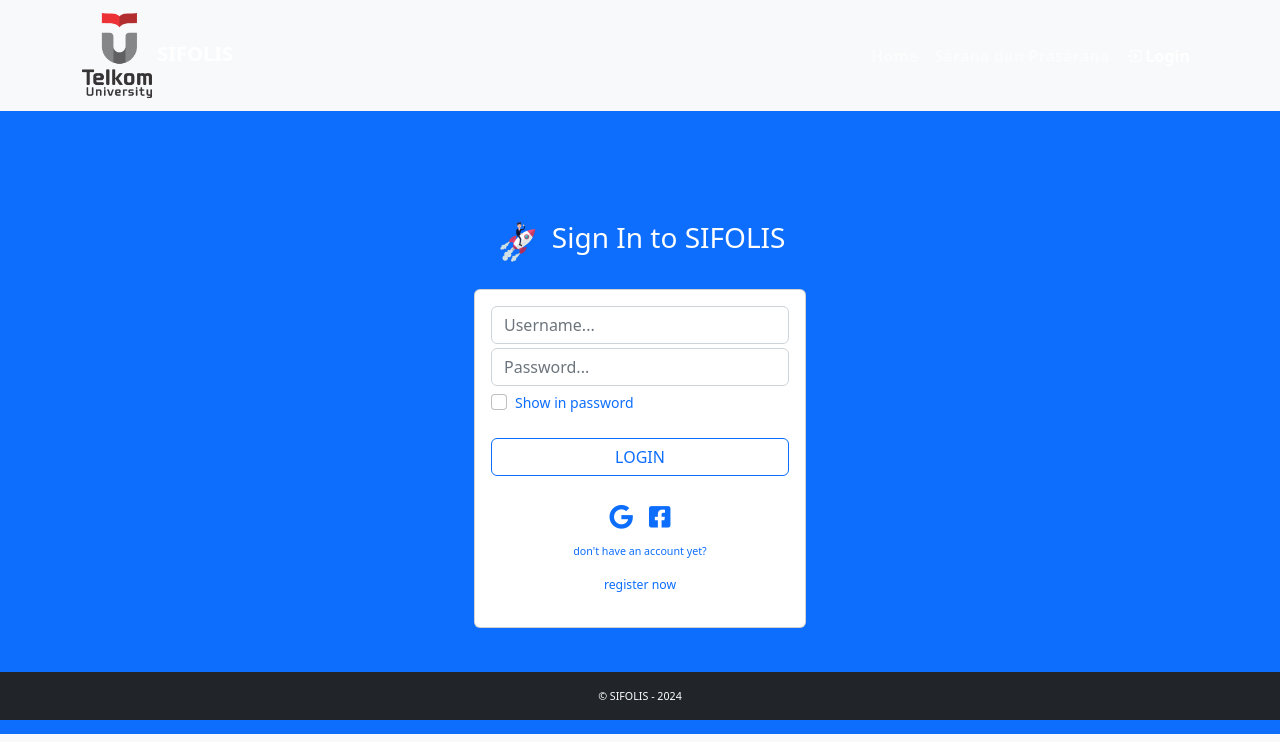
Repository: Audi87/uas_framework
Page: http://localhost/login
The author's editor kept a copy of each file at every save. The page is drawn from the files as they stood at one save, then again after the next save.
The browser window is 1280 px wide. The pictures show the whole page.
Some web libraries are served in a nearby version. The page is served by the project's Laravel application, run on PHP 8.4 with Laravel 10. Other server files are loaded and not shown.

Above is the page before, as saved 2024-06-13 20:30:09.

### routes/web.php
<?php

use App\Http\Controllers\{
    BarangController, ContactController, CustumerController, DataPeminjamanController, HistoryController,
    Home, LoginController, PeminjamanController, ProfilController, RegistrasiController,
    SaranaDanPrasaranaController, AdminController
};
use Illuminate\Support\Facades\Route;


Route::get('/', [Home::class, 'index'])->middleware('auth');

Route::get('/login', [LoginController::class, 'index'])->name('login')->middleware('guest');
Route::post('/login', [LoginController::class, 'login']);
Route::post('/logout', [LoginController::class, 'logout']);

Route::get('/registrasi', [RegistrasiController::class, 'index'])->middleware('guest');
Route::post('/registrasi', [RegistrasiController::class, 'registrasi']);

Route::get('/dashboard', function() {
    return view('dashboard.index', ['title' => 'Dashboard Admin']);
})->middleware('admin');

Route::get('/profil/{user:id}', [ProfilController::class, 'index'])->middleware('auth');

Route::get('/sarana dan prasarana', [SaranaDanPrasaranaController::class, 'index'])->middleware('auth');
Route::resource('/sarana-prasarana', BarangController::class)->middleware('admin');

Route::get('/peminjaman/{barang:id}', [PeminjamanController::class, 'index'])->middleware('auth');
Route::post('/peminjaman/{barang:id}', [PeminjamanController::class, 'peminjaman'])->middleware('auth');

Route::get('/history/{user:id}', [HistoryController::class, 'index'])->middleware('auth');

Route::get('/kembalikan/{id}', [PeminjamanController::class, 'kembalikan'])->middleware('auth');
Route::get('/detail-peminjaman/{id}', [PeminjamanController::class, 'detailPeminjaman'])->middleware('auth');

Route::get('/category/{id}', [SaranaDanPrasaranaController::class, 'category'])->middleware('auth');

Route::get('/custumer', [CustumerController::class, 'index'])->middleware('admin');
Route::get('/custumer/{user:id}', [CustumerController::class, 'detail'])->middleware('admin');

Route::get('/data-peminjaman', [DataPeminjamanController::class, 'index'])->middleware('admin');
Route::get('/data-peminjaman/{id}', [DataPeminjamanController::class, 'detail'])->middleware('admin');

Route::get('/contact', [ContactController::class, 'index'])->middleware('auth');

### app/Http/Controllers/LoginController.php
<?php

namespace App\Http\Controllers;

use Illuminate\Support\Facades\Auth;
use Illuminate\Http\Request;

class LoginController extends Controller
{
    // Function untuk menampilkan view login
    public function index(){
        return view('login.login', [
            'title' => 'Login'
        ]);
    }

    // Function untuk proses login
    public function login(Request $request)
    {
        $validateData = $request->validate([
            'username' => ['required'],
            'password' => ['required']
        ]);

        if(Auth::attempt($validateData)){
            $request->session()->regenerate();
            return redirect()->intended('/')->with('success', 'Login successful!');
        }else{
            return redirect('/login')->with('error', 'Wrong username or password');
        }
    }

    // Function untuk proses logout
    public function logout(Request $request)
    {
        Auth::logout();

        $request->session()->invalidate();

        $request->session()->regenerateToken();

        return redirect('/login')->with('success', 'Logout successfully');
    }
}

### resources/views/login/login.blade.php
@extends('layouts.main')

@section('content')
<div class="p-3 mb-2 bg-primary text-white">
    <div class="container-fluid">
        <div class="container" style="height: 72vh">
            <br>
            <div class="row mt-5 text-center mb-5">
                {{-- Alert --}}
                <div class="col-lg-4 offset-lg-4 mb-3">
                    @if(session()->has('success'))
                    <div class="alert alert-primary" role="alert">
                        <strong><small>{{ session('success') }}</small></strong>
                    </div>
                    @endif
                </div>
                {{-- End alert --}}
                <div class="col-lg-4 offset-lg-4">
                    <h3><img src="img/pngwing.com (7).png" width="50" alt="" data-aos="flip-left" data-aos-duration="2000"> Sign In to SIFOLIS </h3>
                </div>
                <div class="col-lg-4 offset-lg-4 col-10 offset-1 mt-3">
                    {{-- Form Login --}}
                    <div class="container">
                        <div class="card">
                            <div class="card-body">
                                <form action="/login" method="post">
                                    @csrf
                                    <div class="mb-1">
                                        <input type="text" id="username" name="username" placeholder="Username..." value="{{ old('username') }}" class="form-control @error('username') is-invalid @enderror">
                                        @error('username')
                                        <div class="invalid-feedback">
                                            {{ $message }}
                                        </div>
                                        @enderror
                                    </div>

                                    <div class="mb-1">
                                        <input type="password" id="password" name="password" placeholder="Password..." value="{{ old('password') }}" class="form-control @error('password') is-invalid @enderror">
                                        @error('password')
                                        <div class="invalid-feedback">
                                            {{ $message }}
                                        </div>
                                        @enderror
                                    </div>

                                    <div class="mb-2 text-start">
                                        <div class="form-check">
                                            <input class="form-check-input" type="checkbox" value="" id="flexCheckDefault">
                                            <label class="form-check-label" for="flexCheckDefault">
                                                <p class="text-primary"> <small>Show in password<small></p>
                                            </label>
                                        </div>
                                    </div>

                                    <div class="mb-4">
                                        <button class="btn btn-outline-primary w-100" type="submit">LOGIN</button>
                                    </div>
                                    <h3>
                                        <div class="sosmed d-flex justify-content-center gap-3">
                                            <a href="https://myaccount.google.com/?utm_source=sign_in_no_continue&pli=1"><i class="fa-brands fa-google fa-sm "></i></a>
                                            <a href="https://www.facebook.com/"><i class="fa-brands fa-square-facebook fa-sm"></i></a>
                                        </div>
                                    </h3>

                                    <div>
                                        <p class="text-primary"><small>don't have an account yet?</small></p>
                                        <p><a href="registrasi" class="text-decoration-none">register now</a></p>
                                    </div>
                                </form>
                            </div>
                        </div>
                        {{-- End Form --}}
                    </div>
                </div>

            </div>
        </div>
    </div>
    <br><br><br>


@if(session('error'))
<script>
    Swal.fire({
        title: 'Error!',
        text: "{{ session('error') }}",
        icon: 'error',
        confirmButtonText: 'Ok'
    });
</script>
@endif
<!-- End Sweet Alert -->

@endsection

### resources/views/layouts/main.blade.php
<!doctype html>
<html lang="en">
  <head>
    <meta charset="utf-8">
    <meta name="viewport" content="width=device-width, initial-scale=1">
    <title>{{ $title }}</title>

    <link rel="stylesheet" href="/css/stylee.css">

    {{-- Link Aos --}}
    <link rel="stylesheet" href="https://unpkg.com/aos@next/dist/aos.css" />

    {{-- Link Icons Bootstrap --}}
    <link rel="stylesheet" href="https://cdn.jsdelivr.net/npm/bootstrap-icons@1.9.1/font/bootstrap-icons.css">

    <link href="https://cdn.jsdelivr.net/npm/bootstrap@5.2.0/dist/css/bootstrap.min.css" rel="stylesheet" integrity="sha384-gH2yIJqKdNHPEq0n4Mqa/HGKIhSkIHeL5AyhkYV8i59U5AR6csBvApHHNl/vI1Bx" crossorigin="anonymous">
    <link href="https://fonts.googleapis.com/css2?family=Poppins:wght@400;500;600&display=swap" rel="stylesheet">
    <link rel="stylesheet" href="https://cdnjs.cloudflare.com/ajax/libs/font-awesome/6.4.0/css/all.min.css"
        integrity="sha512-iecdLmaskl7CVkqkXNQ/ZH/XLlvWZOJyj7Yy7tcenmpD1ypASozpmT/E0iPtmFIB46ZmdtAc9eNBvH0H/ZpiBw=="
        crossorigin="anonymous" referrerpolicy="no-referrer" />
  </head>
  <body class="bg-light">

    {{-- Include navbar --}}
    @include('navbar.navbar')

    {{-- Content --}}
    @yield('content')
    {{-- End Content --}}

    {{-- Include Footer --}}
    @include('footer.footer')

    <script src="https://cdn.jsdelivr.net/npm/bootstrap@5.2.0/dist/js/bootstrap.bundle.min.js" integrity="sha384-A3rJD856KowSb7dwlZdYEkO39Gagi7vIsF0jrRAoQmDKKtQBHUuLZ9AsSv4jD4Xa" crossorigin="anonymous"></script>

    <script src="https://unpkg.com/aos@next/dist/aos.js"></script>
    <script>
      AOS.init();
    </script>

    {{-- Js Jquery --}}
    <script src="/js/jquery.js"></script>

    {{-- Script js --}}
    <script src="/js/script.js"></script>

  </body>
</html>

### resources/views/navbar/navbar.blade.php
{{-- Navbar --}}
<nav class="navbar navbar-expand-lg bg-LIGHT navbar-dark">
    <div class="container">
        <a class="navbar-brand" href="/"><img src="img/logo.png" width="70" alt="" data-aos="flip-left"
                data-aos-duration="2000"> SIFOLIS </a>
        <button class="navbar-toggler" type="button" data-bs-toggle="collapse" data-bs-target="#navbarNav"
            aria-controls="navbarNav" aria-expanded="false" aria-label="Toggle navigation">
            <span class="navbar-toggler-icon"></span>
        </button>
        <div class="collapse navbar-collapse" id="navbarNav">
            <ul class="navbar-nav ms-auto">
                <li class="nav-item">
                    <a class="nav-link {{ Request::is('/') ? 'active' : '' }}" aria-current="page"
                        href="/">Home</a>
                </li>
                <li class="nav-item">
                    <a class="nav-link {{ Request::is('sarana dan prasarana') ? 'active' : '' }}" aria-current="page"
                        href="/sarana dan prasarana">Sarana dan Prasarana</a>
                </li>

                @auth
                    <li class="nav-item dropdown">
                        <a class="nav-link dropdown-toggle" href="#" role="button" data-bs-toggle="dropdown"
                            aria-expanded="false">
                            <i class="bi bi-person-lines-fill"></i> Welcome, {{ auth()->user()->username }}
                        </a>
                        <ul class="dropdown-menu">
                            @can('admin')
                                <li><a class="dropdown-item" href="/dashboard">Dashboard Admin</a></li>
                            @endcan
                            <li><a class="dropdown-item" href="/history/{{ auth()->user()->id }}">Peminjaman</a></li>
                            <li><a class="dropdown-item" href="/contact">Contact Us</a></li>
                            <li><a class="dropdown-item" href="/profil/{{ auth()->user()->id }}"><i
                                        class="bi bi-person-lines-fill"></i> My Profil</a></li>
                            <li>
                                <hr class="dropdown-divider">
                            </li>
                            {{-- Form Logout --}}
                            <form action="/logout" method="post">
                                @csrf
                                <button type="submit" class="dropdown-item"
                                    onclick="return confirm('sure want to go out?')"><i class="bi bi-box-arrow-in-left"></i>
                                    Logout</button>
                            </form>
                            {{-- End From --}}
                        </ul>
                    </li>
                @else
                    <li class="nav-item">
                        <a class="nav-link {{ Request::is('login') ? 'active' : '' }}" href="/login"><i
                                class="bi bi-box-arrow-in-right"></i> Login</a>
                    </li>
                @endauth

            </ul>
        </div>
    </div>
</nav>
{{-- End Navbar --}}

### resources/views/footer/footer.blade.php
<div class="container">
    <!-- Konten Halaman di sini -->
</div>
<div class="fixed-bottom">
<footer class="container-fluid bg-dark text-white text-center">
    <div class="container1">
        <div class="row">
            <div class="col-lg-12">
                <small><p class="mt-3">&copy; SIFOLIS - 2024</p></small>
            </div>
        </div>
    </div>
    </div>
</footer>

### public/css/stylee.css
nav ul li {
    font-weight: bold;
}

nav a {
    font-weight: bold;
}

nav ul li:hover {
    background-color: black;
    opacity: 0.8;
    border-radius: 17px;
    text-decoration: underline;
}

### public/js/script.js
$(document).ready(function(){


    window.setTimeout(function(){
        $('.alert').fadeTo(300, 0).slideUp(300, function(){
            $(this).remove();
        });
    }, 4000);

    // Js Show password
    $('#flexCheckDefault').click(function(){
        if($(this).is(':checked')){
            $('#password').attr('type', 'text')
        }else{
            $('#password').attr('type', 'password')
        }
    });

});

Loaded but not shown: app/Http/Controllers/Controller.php (common file); public/js/jquery.js (library)

After the next save:
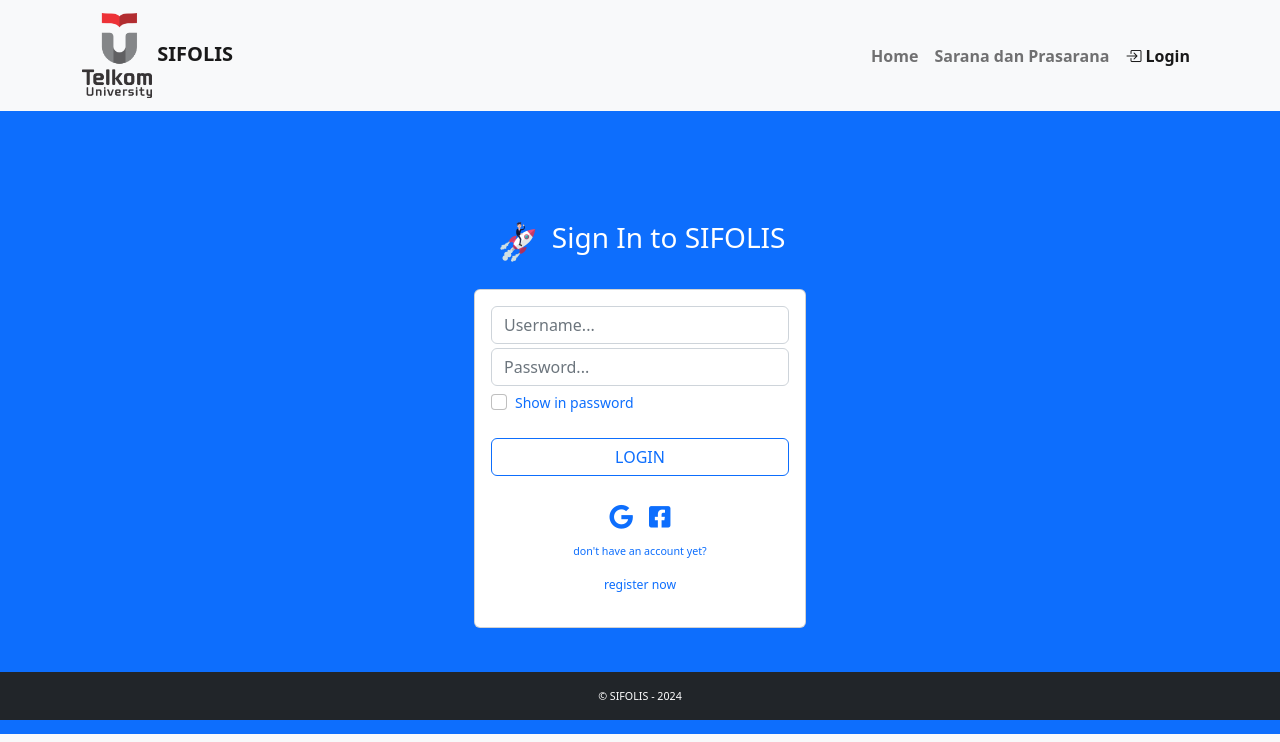
Saved 5 s later.
--- a/resources/views/navbar/navbar.blade.php
+++ b/resources/views/navbar/navbar.blade.php
@@ -1,5 +1,5 @@
 {{-- Navbar --}}
-<nav class="navbar navbar-expand-lg bg-LIGHT navbar-dark">
+<nav class="navbar navbar-expand-lg bg-LIGHT navbar-light">
     <div class="container">
         <a class="navbar-brand" href="/"><img src="img/logo.png" width="70" alt="" data-aos="flip-left"
                 data-aos-duration="2000"> SIFOLIS </a>
